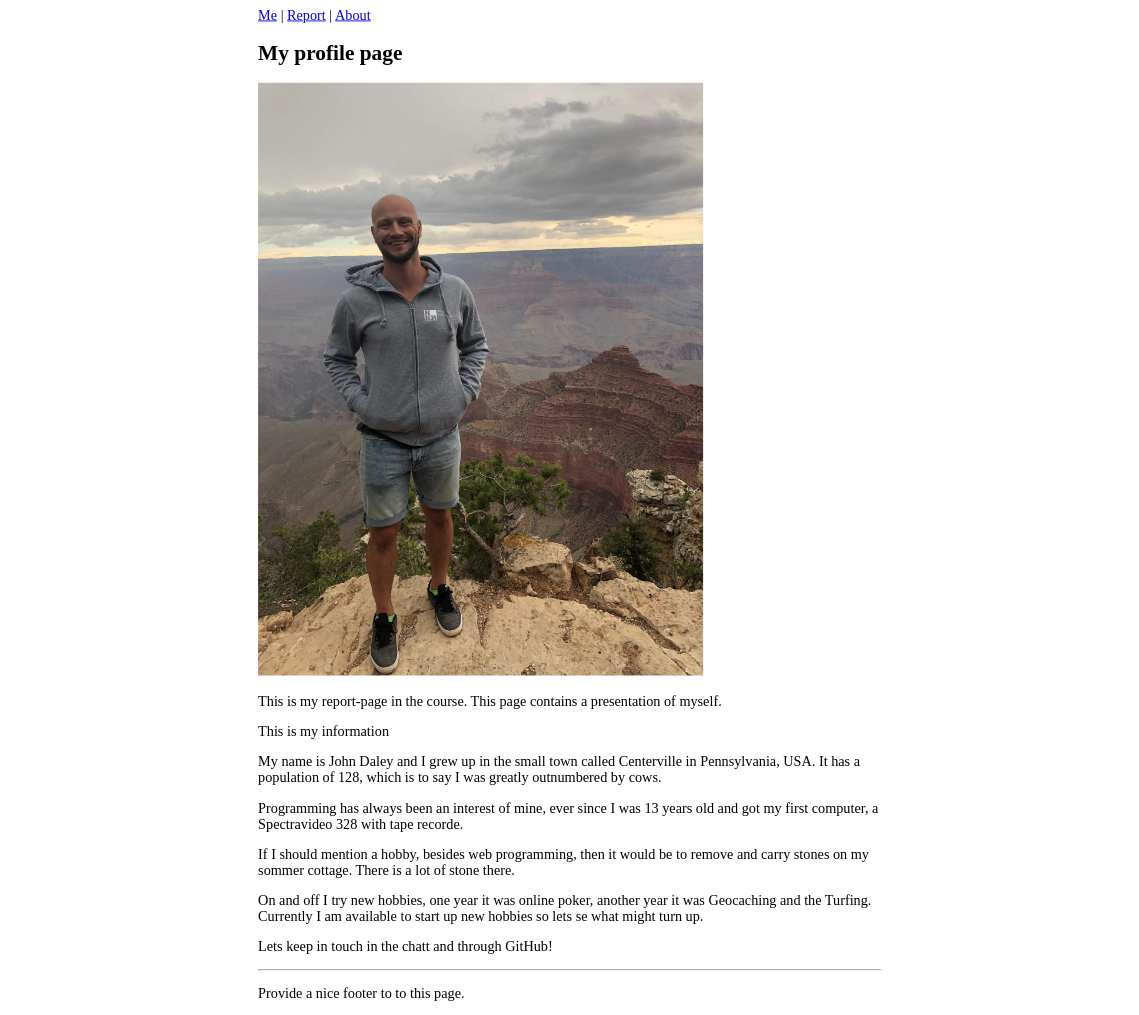
Repository: Webbprogrammering/websoft
Page: work/report/me.html
An editor plug-in stored every save of this project. The page is shown before and after a run of saves, followed by the edit.
The browser window is 1280 px wide. The pictures show the whole page, at 89% of full size.

Above is the page before, as saved 2020-01-22 12:50:53.

After the next 2 saves:
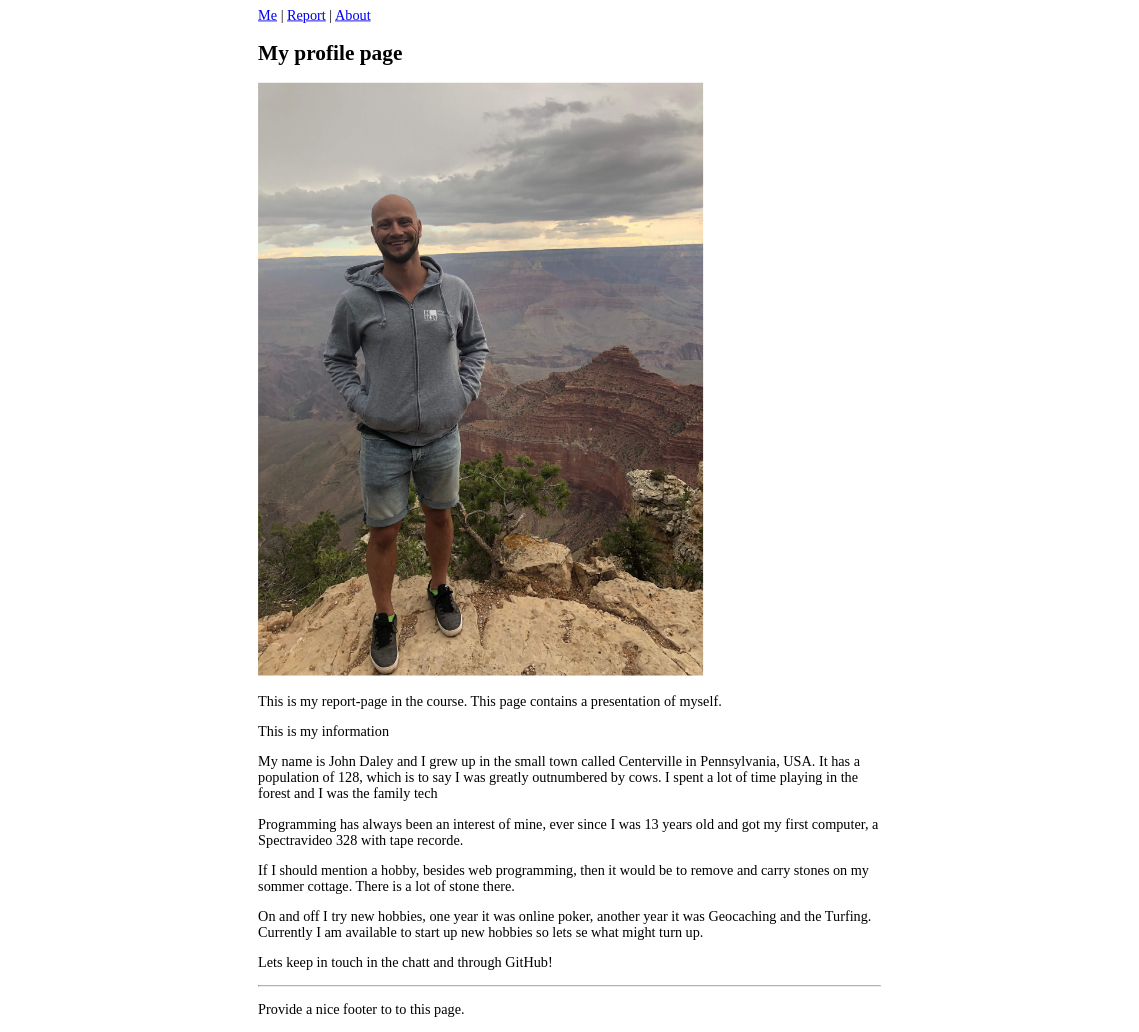
The 2 saves are shown as one change because they came seconds apart.
The last was saved 12 min 8 s later.
--- a/work/report/me.html
+++ b/work/report/me.html
@@ -36,7 +36,7 @@ Comments are written as HTML style.
 
 <p>My name is John Daley and I grew up in the small town called Centerville in Pennsylvania, USA.
     It has a population of 128, which is to say I was greatly outnumbered by cows.
-
+    I spent a lot of time playing in the forest and I was the family tech
 </p>
 
 <p>Programming has always been an interest of mine, ever since I was 13 years old and got my first computer, a Spectravideo 328 with tape recorde.</p>
